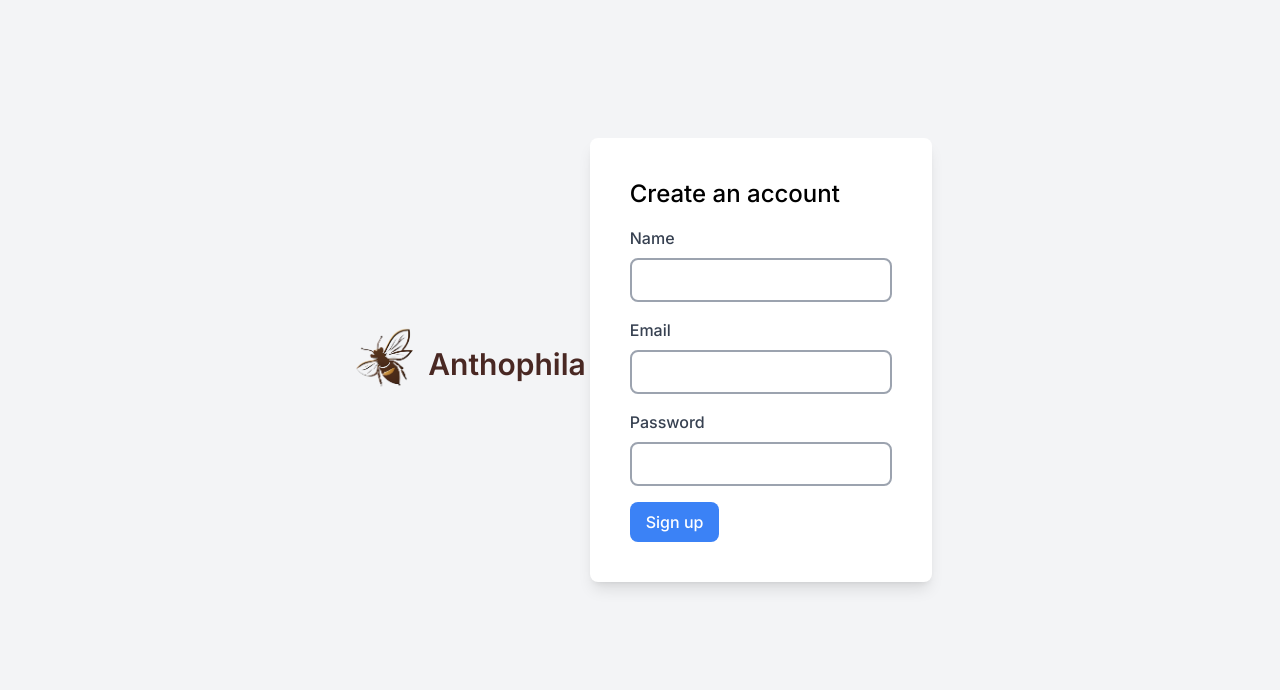
Repository: marcusdashe/anthophila
Page: /signup
The author's editor kept a copy of each file at every save. The page is drawn from the files as they stood at one save, then again after the next save.
The browser window is 1280 px wide. The pictures show the whole page.
The project was rebuilt for these pictures with package versions that can differ from the ones it lists, and the page was loaded fresh each time. The framework's server and built-in components were replaced by stand-ins that run in the browser. Also part of the build but not shown: next.config.js.

Above is the page before, as saved 2023-03-01 22:24:05.

After the next save:
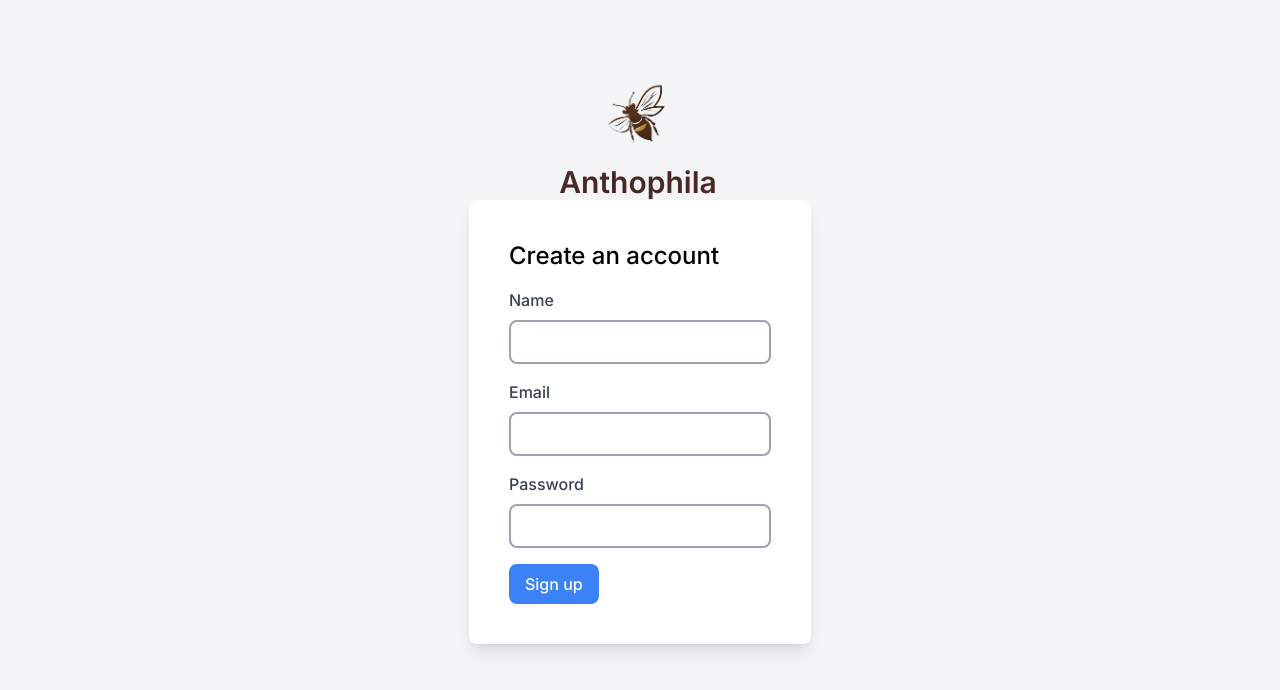
Saved 36 s later.
--- a/pages/signup.js
+++ b/pages/signup.js
@@ -2,8 +2,8 @@ import React from 'react'
 
 const Signup = () => {
   return (
-    <div className="flex flex-row items-center justify-center h-screen bg-gray-100">
-      <div className='font-bold text-2xl cursor-pointer flex items-center text-gray-80 hover:scale-110 duration-500'>
+    <div className="flex flex-col items-center justify-center h-screen bg-gray-100">
+      <div className='font-bold text-2xl cursor-pointer flex flex-col items-center text-gray-80 hover:scale-110 duration-500'>
             <img src="/assets/logo.png" alt="logo" className="object-scale-down h-50 w-20" />
                 <span className='text-3xl text-[#492823] mr-1 pt-2 '>
                     Anthophila
